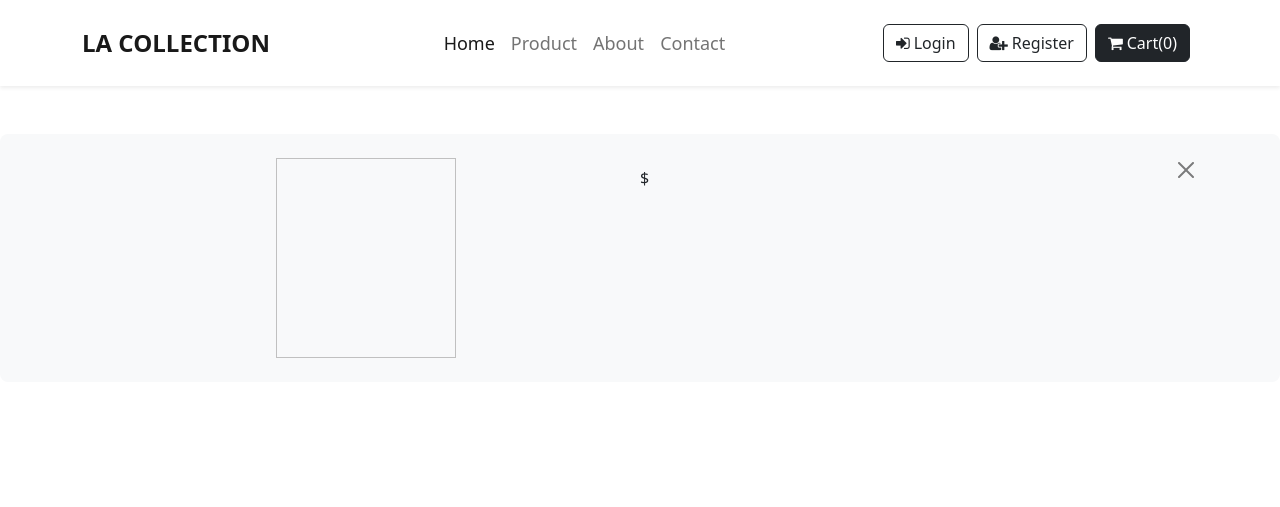
Repository: tiendungjr123/Ecommerce
Page: /cart
The author's editor kept a copy of each file at every save. The page is drawn from the files as they stood at one save, then again after the next save.
The browser window is 1280 px wide. The pictures show the whole page.
The project was rebuilt for these pictures with package versions that can differ from the ones it lists, and the page was loaded fresh each time. Also part of the build but not shown: src/components/Products.jsx, src/components/Home.jsx, src/components/ProductDetail.jsx, src/components/About.jsx, src/components/Contact.jsx.

Above is the page before, as saved 2022-10-04 11:37:43.

### src/index.js
import React from 'react';
import ReactDOM from 'react-dom/client';
import './index.css';
import App from './App';
import '../node_modules/bootstrap/dist/css/bootstrap.min.css';
import '../node_modules/font-awesome/css/font-awesome.min.css';
import 'react-loading-skeleton/dist/skeleton.css'
import { BrowserRouter } from 'react-router-dom';
import store from './redux/store';
import { Provider } from 'react-redux';
const root = ReactDOM.createRoot(document.getElementById('root'));
root.render(
   <BrowserRouter>
      <Provider store={store}>
         <App />
      </Provider>
   </BrowserRouter>
);

### src/index.css
body {
   margin: 0;
   font-family: -apple-system, BlinkMacSystemFont, "Segoe UI", "Roboto", "Oxygen", "Ubuntu", "Cantarell", "Fira Sans",
      "Droid Sans", "Helvetica Neue", sans-serif;
   -webkit-font-smoothing: antialiased;
   -moz-osx-font-smoothing: grayscale;
}

code {
   font-family: source-code-pro, Menlo, Monaco, Consolas, "Courier New", monospace;
}

### src/App.js
import './App.css';
import Home from './components/Home';
import Navbar from './components/Navbar';
import {Route,  Routes} from 'react-router-dom';
import Products from './components/Products';
import ProductDetail from './components/ProductDetail';
import About from './components/About';
import Contact from './components/Contact';
import Cart from './components/Cart';
function App() {
   return (
      <>
         <Navbar/>
         <Routes>
            <Route exact path='/' element={<Home/>}/>
            <Route exact path='/products' element={<Products/>}/>
            <Route exact path='/products/:id' element={<ProductDetail/>}/>
            <Route exact path='/about' element={<About/>}/>
            <Route exact path='/contact' element={<Contact/>}/>
            <Route exact path='/cart' element={<Cart/>}/>
         </Routes>
      </>
   );
}

export default App;

### src/redux/store.js
import { createStore } from "redux";
import rootReducers from "./reducer";
const store = createStore(rootReducers);

export default store;

### src/App.css
/* Navbar css */

.navbar-nav a{
   font-size: 18px;
}

### src/components/Navbar.jsx
import React from 'react';
import { NavLink } from 'react-router-dom';
import { useSelector } from 'react-redux';
const Navbar = () => {
   const state = useSelector((state) => state.handleCart);
   return (
      <div>
         <nav className="navbar navbar-expand-lg bg-white py-3 shadow-sm">
            <div className="container">
               <NavLink className="navbar-brand fw-bold fs-4" to="/">LA COLLECTION</NavLink>
               <button className="navbar-toggler" type="button" data-bs-toggle="collapse" data-bs-target="#navbarSupportedContent" aria-controls="navbarSupportedContent" aria-expanded="false" aria-label="Toggle navigation">
                  <span className="navbar-toggler-icon"></span>
               </button>
               <div className="collapse navbar-collapse" id="navbarSupportedContent">
                  <ul className="navbar-nav mx-auto mb-2 mb-lg-0">
                     <li className="nav-item">
                        <NavLink className="nav-link active" aria-current="page" to="/">Home</NavLink>
                     </li>
                     <li className="nav-item">
                        <NavLink className="nav-link" to="/products">Product</NavLink>
                     </li>
                     <li className="nav-item">
                        <NavLink className="nav-link" to="/about">About</NavLink>
                     </li>
                     <li className="nav-item">
                        <NavLink className="nav-link" to="/contact">Contact</NavLink>
                     </li>
                  </ul>
                  <div className="buttons ">
                     <NavLink to="/login" className='btn btn-outline-dark'>
                        <i className='fa fa-sign-in me-1'></i>Login
                     </NavLink>
                     <NavLink to="/register" className='btn btn-outline-dark ms-2'>
                        <i className='fa fa-user-plus me-1'></i>Register
                     </NavLink>
                     <NavLink to="/cart" className='btn btn-outline-dark m-2'>
                        <i className='fa fa-shopping-cart me-1'></i>Cart({state.length})
                     </NavLink>
                  </div>
               </div>
            </div>
         </nav>
      </div>
   );
}

export default Navbar;

### src/components/Cart.jsx
import React from 'react';
import { useDispatch, useSelector } from 'react-redux';
import { deleteCart } from '../redux/action/index'
const Cart = () => {
   const state = useSelector((state) => state.addCart);
   const dispatch = useDispatch();
   const handleClose = (item) => {
      dispatch(deleteCart(item));
   }
   const CartItems = (cartItem) => {
      return (
         <div className='px-4 my-5 bg-light rounded-3' key={cartItem.id}>
            <div className="container py-4">
               <button onClick={() => handleClose(cartItem)} className='btn btn-close float-end' aria-label='Close'></button>
               <div className='row justify-content-center'>
                  <div className="col-md-4">
                     <img src={cartItem.image} alt={cartItem.title} height="200px" width="180px" />
                  </div>
                  <div className='col-md-4'>
                     <h3>{cartItem.title}</h3>
                     <p>${cartItem.price}</p>
                  </div>
               </div>
            </div>
         </div>
      )
   }

   const EmptyCart = () => {
      return (
         <div className='px-4 my-5 bg-light rounded-3'>
            <div className="container py-4">
               <div className="row">
                  <h3>Your Cart is Empty</h3>
               </div>
            </div>
         </div>
      )
   }

   const Button = () => {
      return
   }
   return (
      <>
         {/* {state.length === 0 && <EmptyCart/>} */}
         {/* {state.length !==0 && state.map(cartItems)} */}
         <CartItems />
         <Button />
      </>
   );
}

export default Cart;

### src/redux/reducer/index.js
import handleCart from "./handleCart";
import { combineReducers } from "redux";

const rootReducers =  combineReducers({
   handleCart,
})

export default rootReducers;

### src/redux/action/index.js
export const addCart = (product) =>{
   return{
      type:'cart/addProduct',
      paload:product
   }
}

export const deleteCart = (product) =>{
   return {
      type:'cart/deleteProduct',
      payload: product
   }
}

### src/redux/reducer/handleCart.js
const cart = [];

const handleCart = (state = cart, action) => {
   const product = action.payload;
   switch (action.type) {
      case 'cart/addProduct':
         const exits = state.find((x) => x.id === product.id);
         if (exits) {
            return state.map((x) => x.id === product.id ? { ...x, qty: x.qty + 1 } : x)
         }else{
            const product = action.payload;
            return [
               ...state,
               {
                  ...product,
                  qty: 1,
               }
            ]
         }
         break;
      case 'cart/deleteProduct':
         const exits1 = state.find((x) => x.id === product.id);
         if(exits1.qty === 1){
            return state.filter((x) => x.id !== exits1.id)
         }
         else{
            return state.map((x) =>
               x.id === product.id ? {...x, qty: x.qty-1}:x
            );
         }
         break;
      default:
         return state;
   }
}

export default handleCart;

Loaded but not shown: public/index.html (common file)

After the next save:
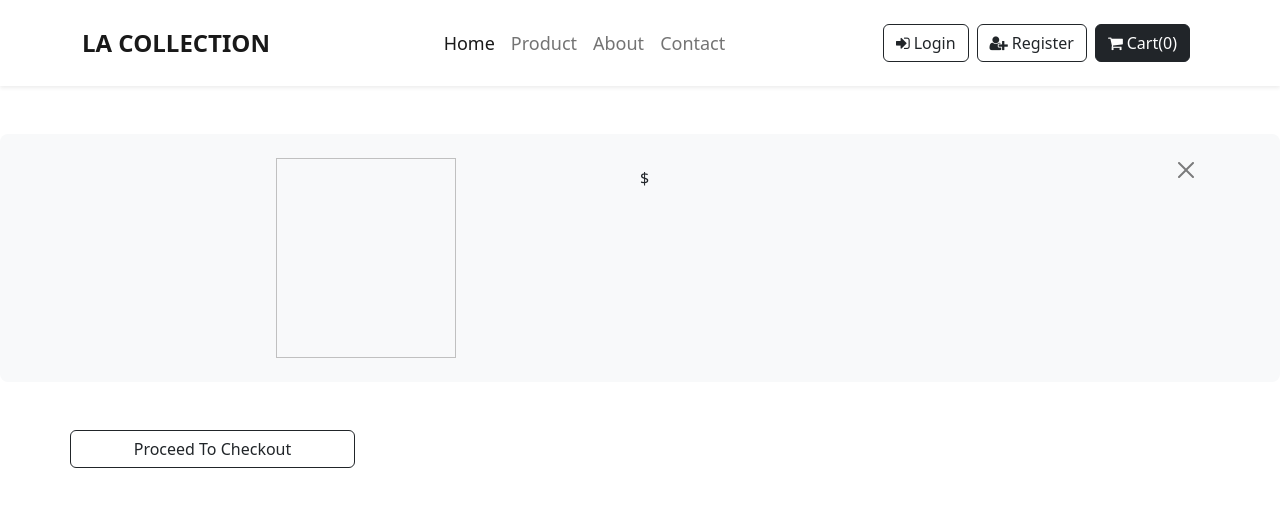
Saved 82 s later.
--- a/src/components/Cart.jsx
+++ b/src/components/Cart.jsx
@@ -1,5 +1,6 @@
 import React from 'react';
 import { useDispatch, useSelector } from 'react-redux';
+import { NavLink } from 'react-router-dom';
 import { deleteCart } from '../redux/action/index'
 const Cart = () => {
    const state = useSelector((state) => state.addCart);
@@ -39,7 +40,13 @@ const Cart = () => {
    }
 
    const Button = () => {
-      return
+      return (
+         <div className="container">
+            <div className="row">
+               <NavLink to="/checkout" className='btn btn-outline-dark mb-5 w-25'>Proceed To Checkout</NavLink>
+            </div>
+         </div>
+      )
    }
    return (
       <>
